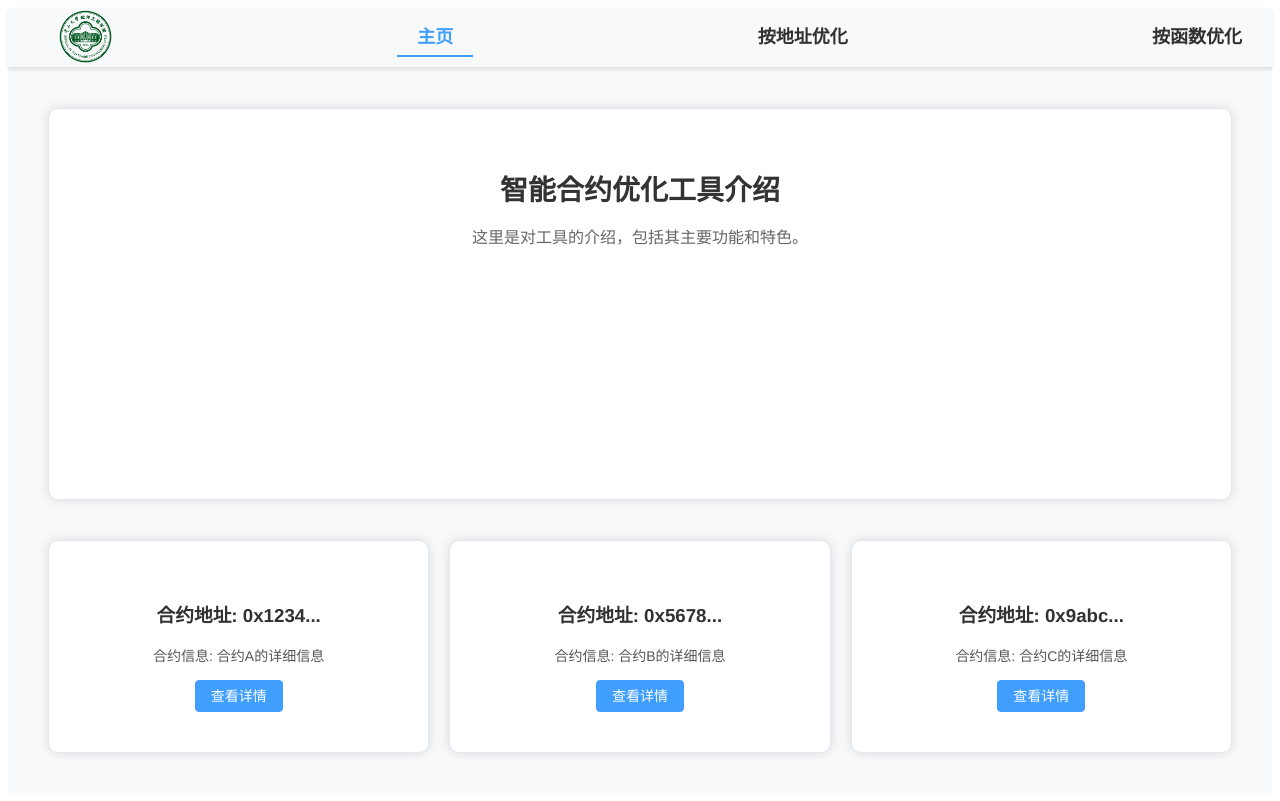
Repository: syckcoding/SmartHalo
Page: /
These files come from the project's save history. The page is drawn as it stood at one moment and after the next save; the edit follows.
The browser window is 1280 px wide. The pictures show the whole page.
The project was rebuilt for these pictures with package versions that can differ from the ones it lists, and the page was loaded fresh each time. Also part of the build but not shown: vite.config.js, src/views/Detail.vue.

Above is the page before, as saved 2024-10-05 11:09:09.

After the next save:
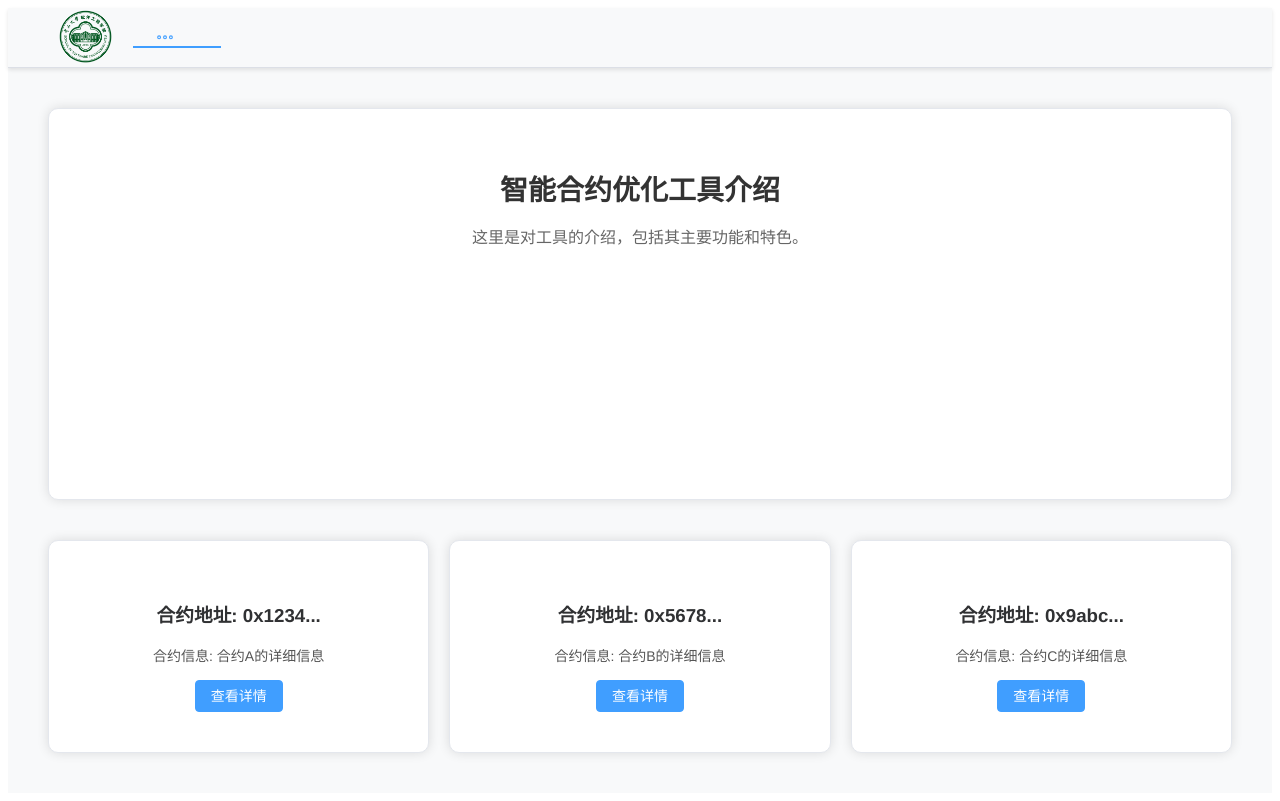
Saved 2 min 15 s later.
--- a/src/components/Navbar.vue
+++ b/src/components/Navbar.vue
@@ -3,9 +3,11 @@
     <el-menu-item index="0" class="logo-item">
       <img src="@/assets/intro-image.png" alt="工具LOGO" class="intro-logo" />
     </el-menu-item>
-    <el-menu-item index="1" @click="goToHome" class="menu-item">主页</el-menu-item>
-    <el-menu-item index="2" @click="goToAddressOptimization" class="menu-item">按地址优化</el-menu-item>
-    <el-menu-item index="3" @click="goToFunctionOptimization" class="menu-item">按函数优化</el-menu-item>
+    <div class="menu-right">
+      <el-menu-item index="1" @click="goToHome" class="menu-item">主页</el-menu-item>
+      <el-menu-item index="2" @click="goToAddressOptimization" class="menu-item">按地址优化</el-menu-item>
+      <el-menu-item index="3" @click="goToFunctionOptimization" class="menu-item">按函数优化</el-menu-item>
+    </div>
   </el-menu>
 </template>
 
@@ -34,24 +36,30 @@
 .el-menu-demo {
   background-color: #f8f9fa;  /* 浅灰色背景，与主页阴影一致 */
   color: #333;
-  padding: 10px;
+  padding: 0 10px;  /* 顶部和底部 padding 设置为 0，只保留左右的 padding */
   display: flex;
   align-items: center;
   box-shadow: 0 2px 4px rgba(0, 0, 0, 0.1);  /* 浅灰色阴影效果 */
   border-bottom: 2px solid #2196f3;  /* 底部蓝色线条区分 */
-  justify-content: space-between; /* 主轴两端对齐，使左侧logo与右侧菜单分别靠边 */
 }
 
 .logo-item {
   pointer-events: none;
+  position: relative;
   left: 20px;
-  z-index: 10;  /* 保证logo始终在最外层 */
+  z-index: 10;  /* 保证 logo 始终在最外层 */
 }
 
 .intro-logo {
   width: 55px;
   height: 55px;
   margin-right: 20px;
+}
+
+.menu-right {
+  display: flex;  /* 确保子元素在同一行显示 */
+  gap: 30px;  /* 添加选项之间的间距 */
+  margin-left: auto;  /* 确保菜单选项整体右对齐 */
 }
 
 .menu-item {
@@ -65,14 +73,4 @@
 .menu-item:hover {
   color: #2196f3;  /* 悬停时改变字体颜色为蓝色，增强交互性 */
 }
-
-.menu-right {
-  display: flex;
-  gap: 30px;
-  margin-left: auto;
-}
-
-.menu-right {
-  display: flex;  /* 确保子元素在同一行显示 */
-}
 </style>

After the save that followed:
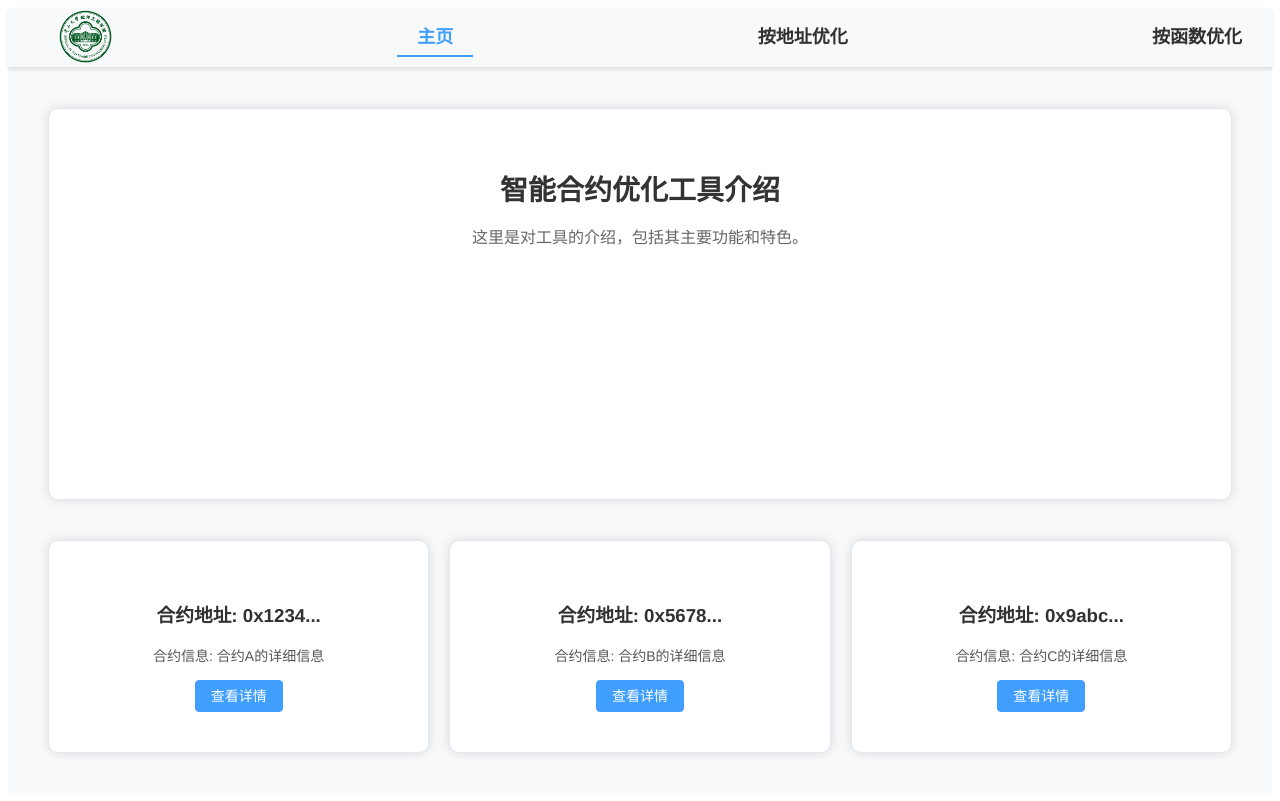
Saved 7 s later.
--- a/src/components/Navbar.vue
+++ b/src/components/Navbar.vue
@@ -3,11 +3,9 @@
     <el-menu-item index="0" class="logo-item">
       <img src="@/assets/intro-image.png" alt="工具LOGO" class="intro-logo" />
     </el-menu-item>
-    <div class="menu-right">
-      <el-menu-item index="1" @click="goToHome" class="menu-item">主页</el-menu-item>
-      <el-menu-item index="2" @click="goToAddressOptimization" class="menu-item">按地址优化</el-menu-item>
-      <el-menu-item index="3" @click="goToFunctionOptimization" class="menu-item">按函数优化</el-menu-item>
-    </div>
+    <el-menu-item index="1" @click="goToHome" class="menu-item">主页</el-menu-item>
+    <el-menu-item index="2" @click="goToAddressOptimization" class="menu-item">按地址优化</el-menu-item>
+    <el-menu-item index="3" @click="goToFunctionOptimization" class="menu-item">按函数优化</el-menu-item>
   </el-menu>
 </template>
 
@@ -36,30 +34,25 @@
 .el-menu-demo {
   background-color: #f8f9fa;  /* 浅灰色背景，与主页阴影一致 */
   color: #333;
-  padding: 0 10px;  /* 顶部和底部 padding 设置为 0，只保留左右的 padding */
+  padding: 10px;
   display: flex;
   align-items: center;
   box-shadow: 0 2px 4px rgba(0, 0, 0, 0.1);  /* 浅灰色阴影效果 */
   border-bottom: 2px solid #2196f3;  /* 底部蓝色线条区分 */
+  justify-content: space-between; /* 主轴两端对齐，使左侧logo与右侧菜单分别靠边 */
 }
 
 .logo-item {
   pointer-events: none;
   position: relative;
   left: 20px;
-  z-index: 10;  /* 保证 logo 始终在最外层 */
+  z-index: 10;  /* 保证logo始终在最外层 */
 }
 
 .intro-logo {
   width: 55px;
   height: 55px;
   margin-right: 20px;
-}
-
-.menu-right {
-  display: flex;  /* 确保子元素在同一行显示 */
-  gap: 30px;  /* 添加选项之间的间距 */
-  margin-left: auto;  /* 确保菜单选项整体右对齐 */
 }
 
 .menu-item {
@@ -73,4 +66,14 @@
 .menu-item:hover {
   color: #2196f3;  /* 悬停时改变字体颜色为蓝色，增强交互性 */
 }
+
+.menu-right {
+  display: flex;
+  gap: 30px;
+  margin-left: auto;
+}
+
+.menu-right {
+  display: flex;  /* 确保子元素在同一行显示 */
+}
 </style>
